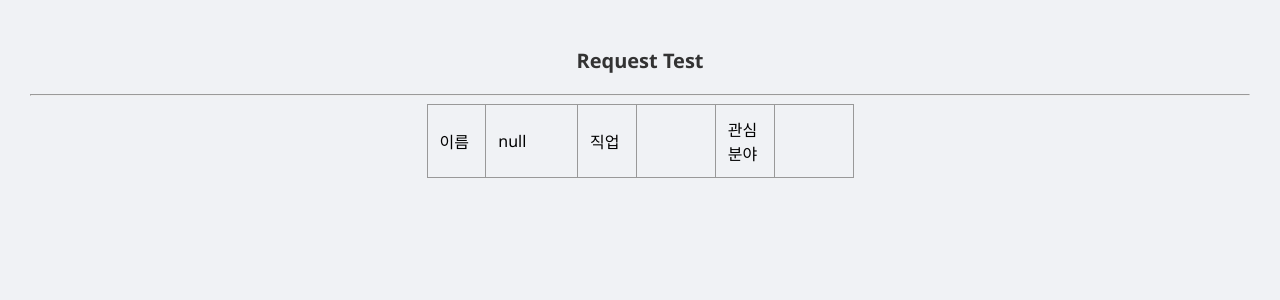
Repository: topblame/Bootcamp
Page: http://localhost/JSP_250408/chapter01/request_result.jsp
An editor plug-in stored every save of this project. The page is shown before and after the next save, followed by the edit.
The browser window is 1280 px wide. The pictures show the whole page.
The page is served by Tomcat 9.

Above is the page before, as saved 2025-06-24 03:04:18.

After the next save:
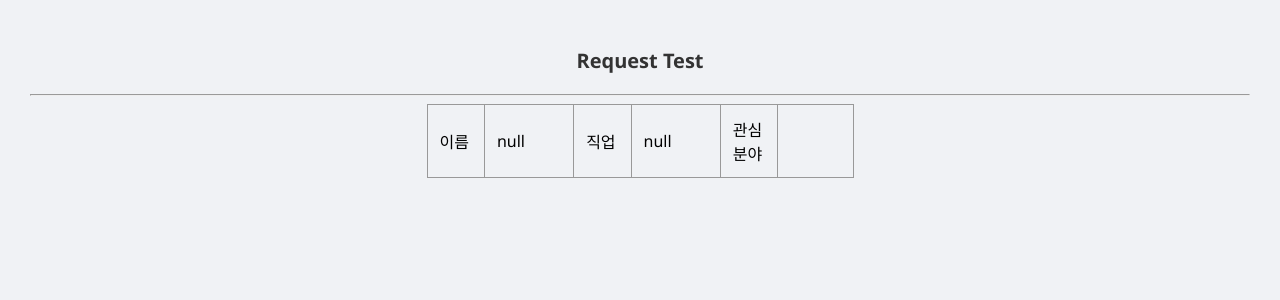
Saved 33 s later.
--- a/WebMvc/JSP_250408/src/main/webapp/chapter01/request_result.jsp
+++ b/WebMvc/JSP_250408/src/main/webapp/chapter01/request_result.jsp
@@ -20,7 +20,7 @@
 				<td width="100"><%=request.getParameter("username") %></td>
 
 				<td width="50">직업</td>
-				<td width="100"></td>
+				<td width="100"><%=request.getParameter("job") %></td>
 
 				<td width="50">관심분야</td>
 				<td width="100"></td>
